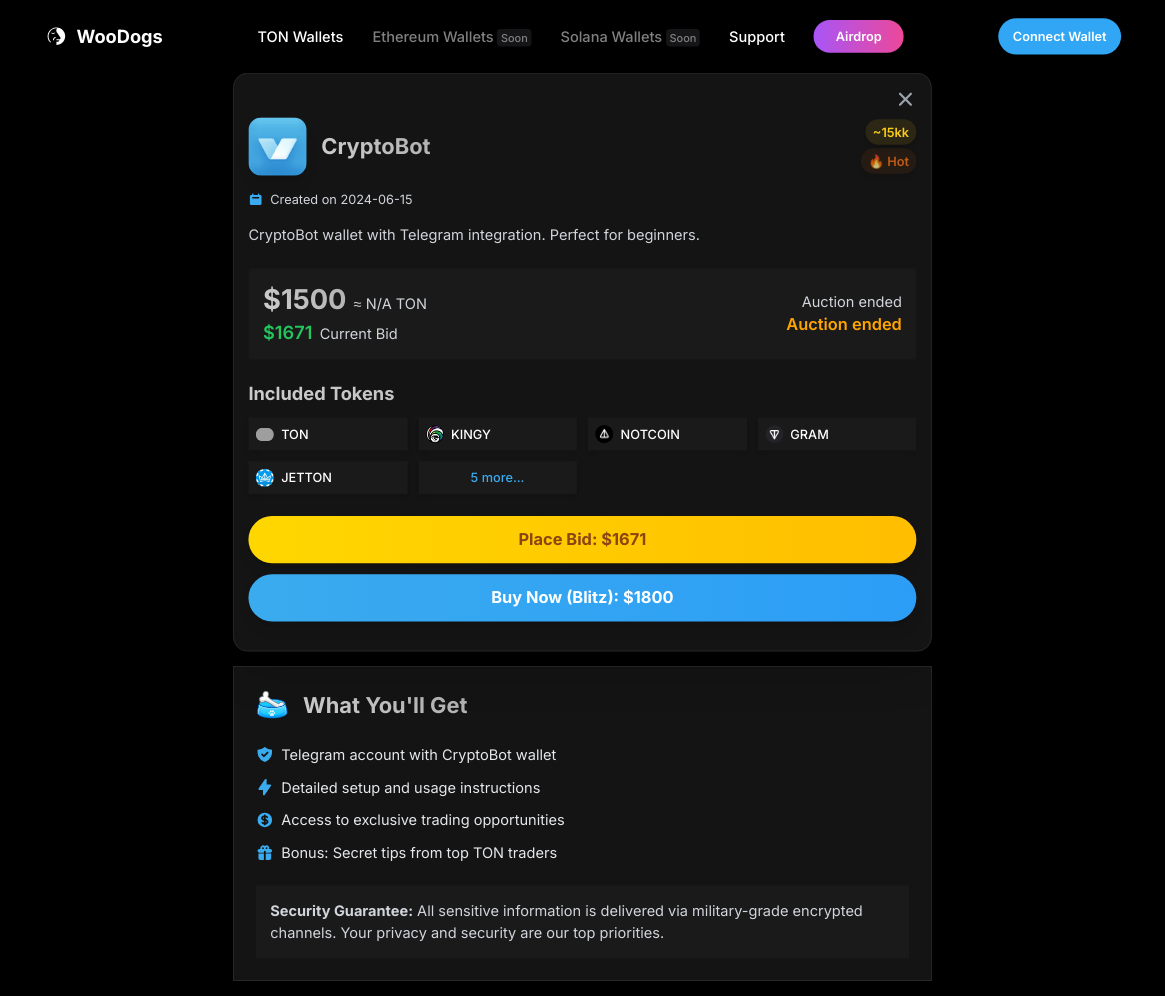
Repository: itititi/woofdogs_off
Page: /wallet/cryptobot-1
An editor plug-in stored every save of this project. The page is shown before and after the next save, followed by the edit.
The browser window is 1280 px wide. The pictures show the whole page, at 91% of full size.
Pictures or frames that could not be fetched are drawn as grey boxes. The page's requests for data from a server got no answer. The project was rebuilt for these pictures with package versions that can differ from the ones it lists, and the page was loaded fresh each time. The framework's server and built-in components were replaced by stand-ins that run in the browser. No one was signed in, and anything a server would have sent is missing. Also part of the build but not shown: next.config.mjs.

Above is the page before, as saved 2024-10-25 22:44:20.

After the next save:
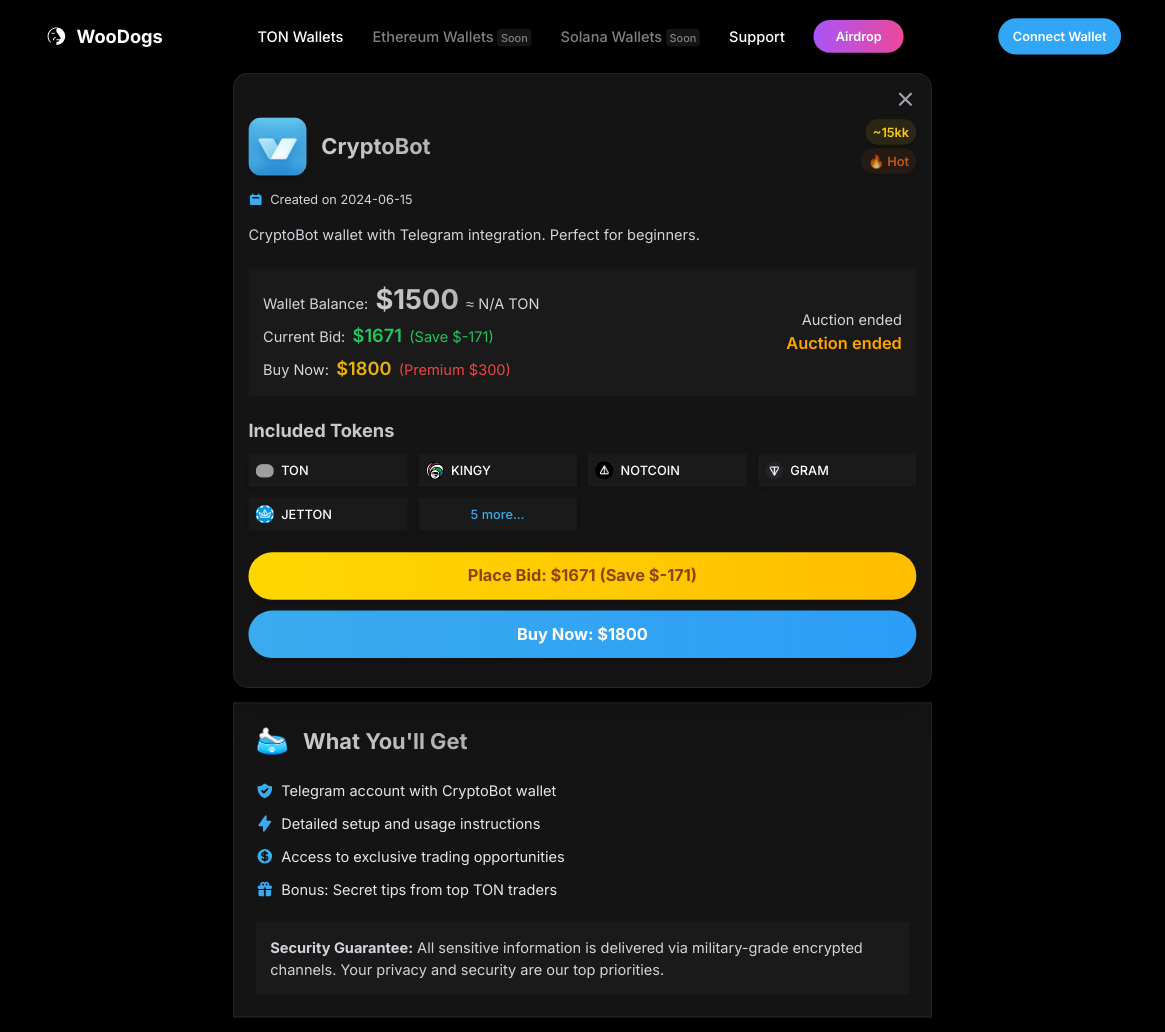
Saved 7 s later.
--- a/src/app/wallet/[id]/page.tsx
+++ b/src/app/wallet/[id]/page.tsx
@@ -184,16 +184,25 @@
 
             <div className="flex flex-col sm:flex-row sm:justify-between sm:items-center mb-6 bg-[#1A1A1A] p-4 rounded-lg shadow-inner">
               <div className="mb-2 sm:mb-0">
-                <div>
-                  <span className="text-2xl sm:text-3xl font-bold titanium-gradient">${wallet.priceUSD}</span>
+                <div className="mb-2">
+                  <span className="text-sm sm:text-base text-gray-300">Wallet Balance:</span>
+                  <span className="text-2xl sm:text-3xl font-bold titanium-gradient ml-2">${wallet.priceUSD}</span>
                   <span className="text-sm sm:text-base text-gray-300 ml-2">
                     ≈ {tonAmount} TON
                   </span>
                 </div>
-                <div className="mt-1">
-                  <span className="text-lg sm:text-xl font-semibold text-green-500">${bidPrice}</span>
-                  <span className="text-sm sm:text-base text-gray-300 ml-2">
-                    Current Bid
+                <div className="mb-2">
+                  <span className="text-sm sm:text-base text-gray-300">Current Bid:</span>
+                  <span className="text-lg sm:text-xl font-semibold text-green-500 ml-2">${bidPrice}</span>
+                  <span className="text-sm sm:text-base text-green-500 ml-2">
+                    (Save ${wallet.priceUSD - bidPrice})
+                  </span>
+                </div>
+                <div>
+                  <span className="text-sm sm:text-base text-gray-300">Buy Now:</span>
+                  <span className="text-lg sm:text-xl font-semibold text-yellow-500 ml-2">${blitzPrice}</span>
+                  <span className="text-sm sm:text-base text-red-500 ml-2">
+                    (Premium ${blitzPrice - wallet.priceUSD})
                   </span>
                 </div>
               </div>
@@ -235,12 +244,12 @@
               <button
                 className="w-full bg-gradient-to-r from-[#FFD700] to-[#FFA500] text-[#8B4513] text-lg font-bold py-3 px-6 rounded-full hover:brightness-110 transition-all duration-300 shadow-lg hover:shadow-xl"
               >
-                Place Bid: ${bidPrice}
+                Place Bid: ${bidPrice} (Save ${wallet.priceUSD - bidPrice})
               </button>
               <button
                 className="w-full bg-gradient-to-r from-[#3AABEE] to-[#1E90FF] text-white text-lg font-bold py-3 px-6 rounded-full hover:brightness-110 transition-all duration-300 shadow-lg hover:shadow-xl"
               >
-                Buy Now (Blitz): ${blitzPrice}
+                Buy Now: ${blitzPrice}
               </button>
             </div>
           </div>
